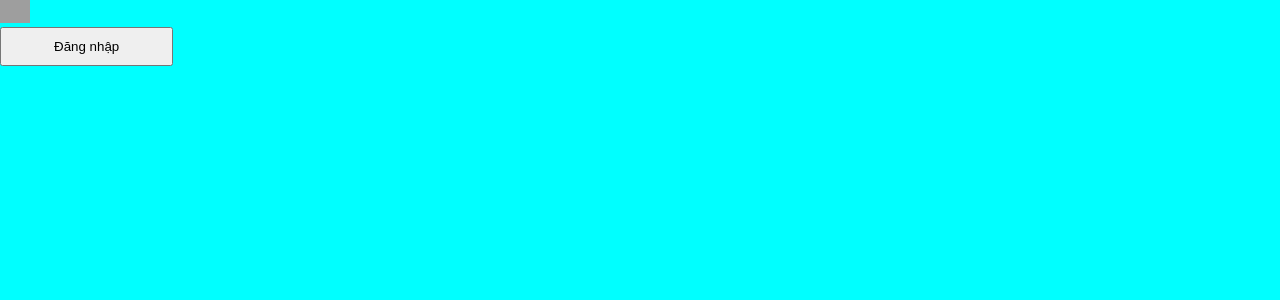
Repository: Dongnguyen318/Quydong
Page: Day 23/index.html
An editor plug-in stored every save of this project. The page is shown before and after the next save, followed by the edit.
The browser window is 1280 px wide. The pictures show the whole page.
Pictures or frames that could not be fetched are drawn as grey boxes.

Above is the page before, as saved 2023-09-08 19:55:18.

After the next save:
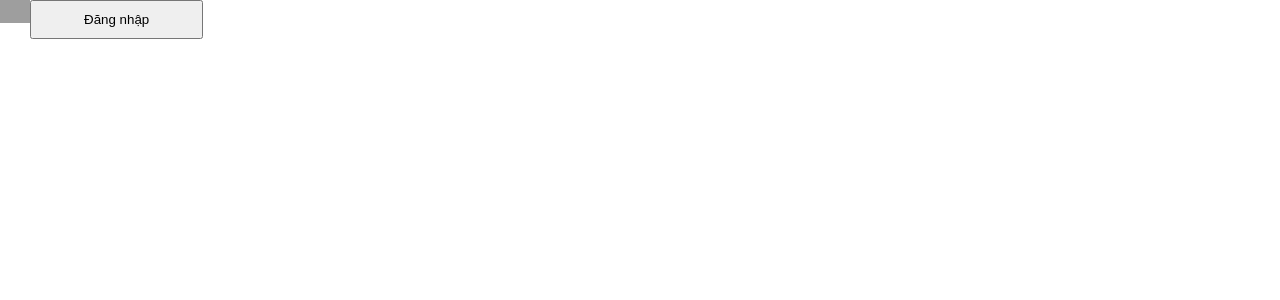
Saved 52 s later.
--- a/Day 23/assets/css.css
+++ b/Day 23/assets/css.css
@@ -4,8 +4,8 @@
   box-sizing: border-box;
 }
 
-body {
-  background: aqua;
+header {
+  display: flex;
 }
 .wrapper {
   display: none;
